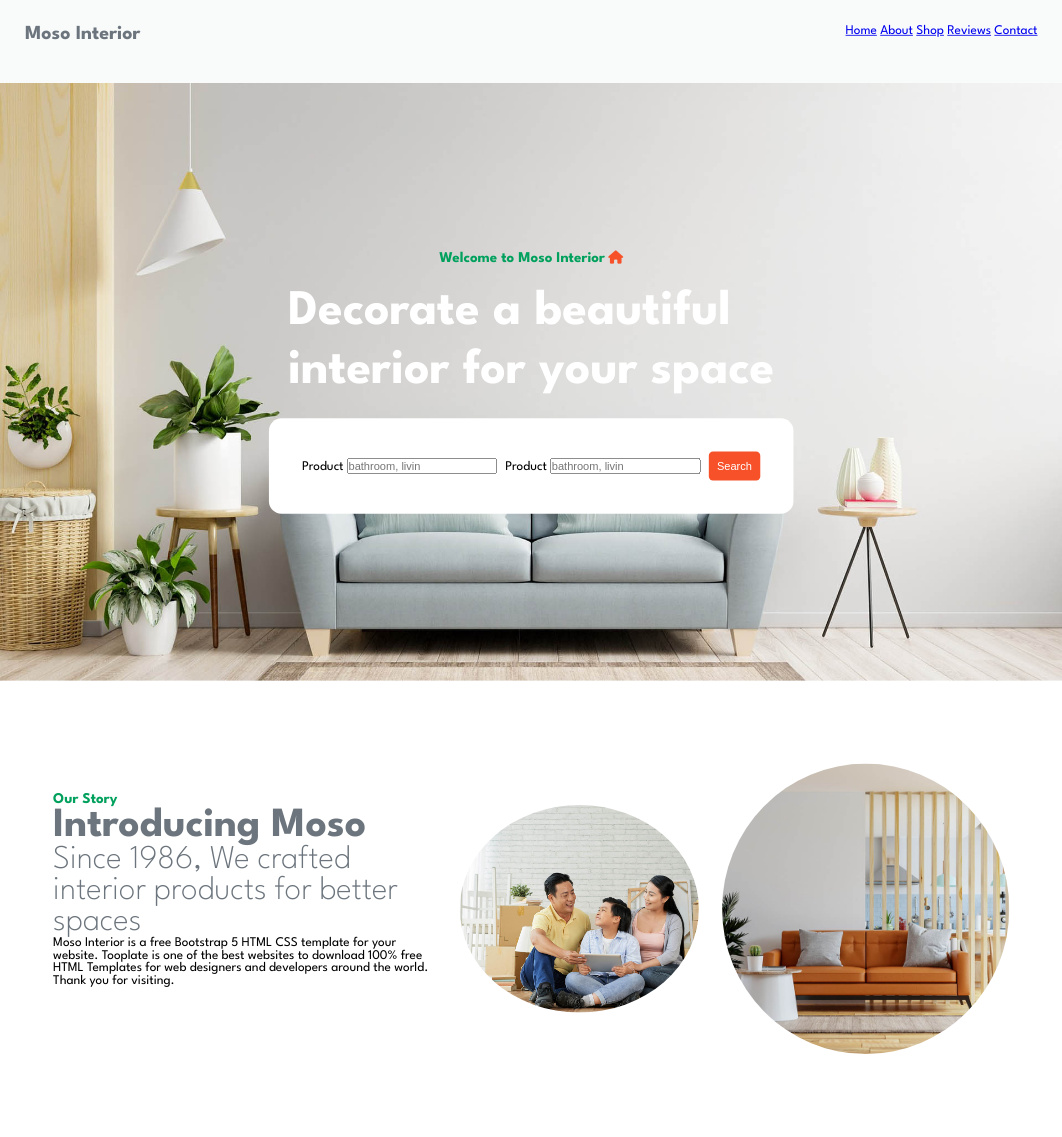
Repository: mariamnabil23/furniture
Page: index.html
These files come from the project's save history. The page is drawn as it stood at one moment and after the next save; the edit follows.
The browser window is 1280 px wide. The pictures show the whole page, at 83% of full size.
Some web fonts or font styles are not loaded; a fallback is used.

Above is the page before, as saved 2024-10-30 16:21:51.

After the next save:
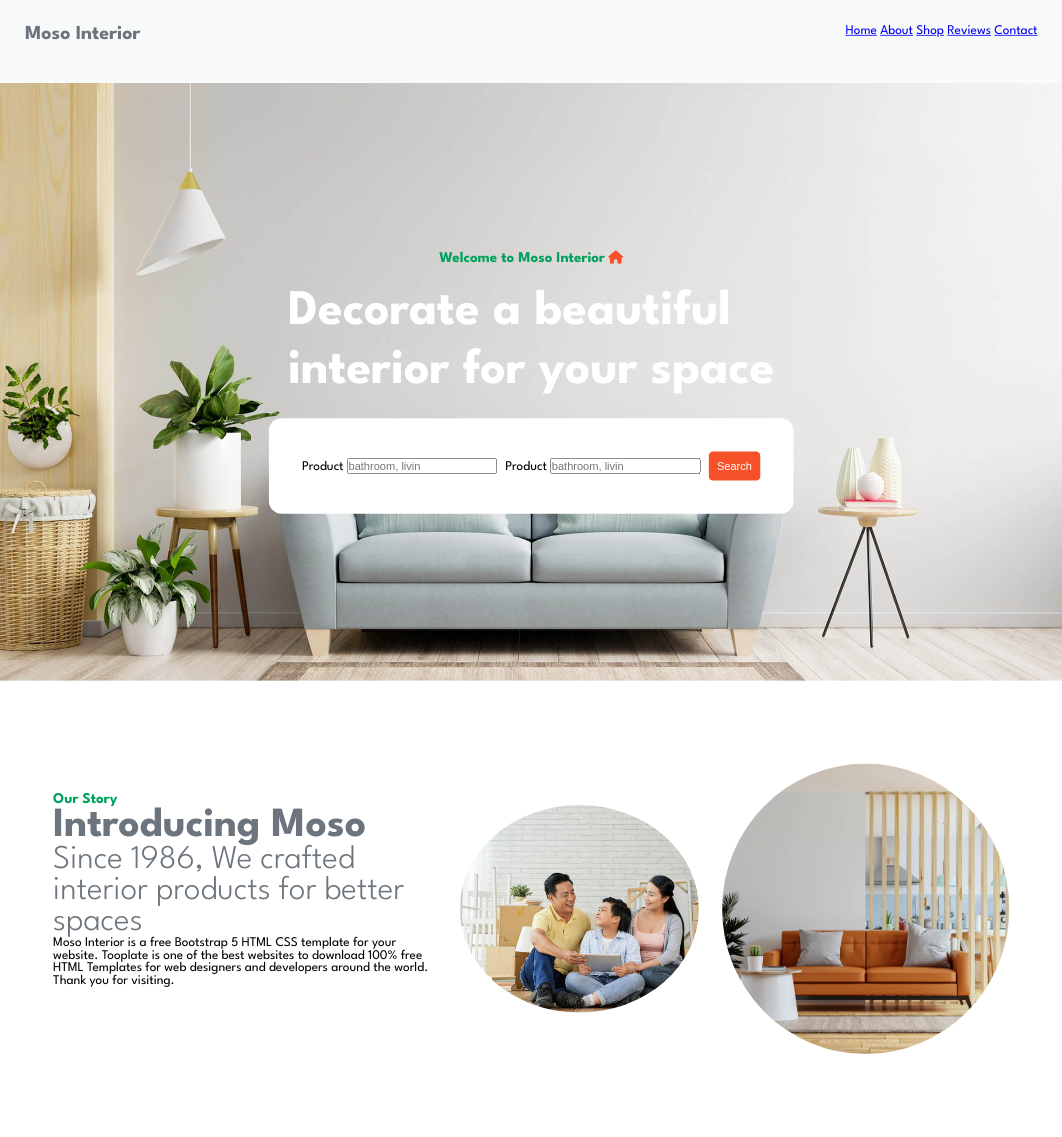
Saved 6 s later.
--- a/style.css
+++ b/style.css
@@ -136,6 +136,6 @@ ul{
 }
 .about .left h2{
     font-size: 40px;
-    font-weight: 200;
+    font-weight: 300;
 
 }
